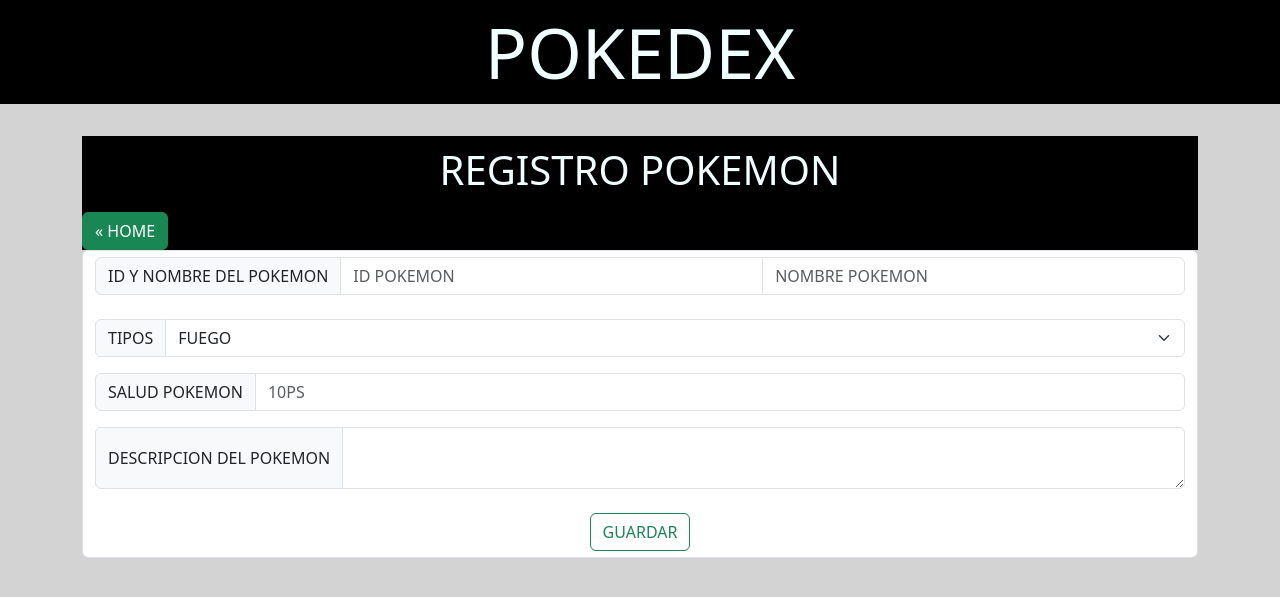
Repository: Edi521/Paginas-web-con-thymeleaf
Page: http://localhost/editar
An editor plug-in stored every save of this project. The page is shown before and after the next save, followed by the edit.
The browser window is 1280 px wide. The pictures show the whole page.
The page is this project's Thymeleaf template; nobody is signed in. The template is opened directly, without the code that normally fills it, so the values that code supplies are empty.

Above is the page before, as saved 2024-11-27 00:53:32.

### Pokedex/src/main/resources/templates/editar.html
<!DOCTYPE html>
<html lang="en">
<head>
    <meta charset="UTF-8">
    <meta name="viewport" content="width=device-width, initial-scale=1.0">
	<link href="https://cdn.jsdelivr.net/npm/bootstrap@5.3.3/dist/css/bootstrap.min.css" rel="stylesheet"
	 integrity="sha384-QWTKZyjpPEjISv5WaRU9OFeRpok6YctnYmDr5pNlyT2bRjXh0JMhjY6hW+ALEwIH" crossorigin="anonymous">
    <title>Pokedex</title>
</head>
<body style="background-color: lightgray;">

	<div style="background-color: black;">
		<h1 style="text-align: center; color: azure; font-size: 70px; padding: 10px;">POKEDEX</h1>
		<div style="text-align: center;">
		</div>
	</div>
	<br>
	<div class="container">

		<div  class="card-header" style="background-color: black;">
			<h2 style="text-align: center; color: azure; font-size: 40px; padding: 10px;">REGISTRO POKEMON</h2>
			<a type="button" class="btn btn-success" th:href="@{/}">  « HOME</a>
		</div>
		<div class="card-body">
			<div class="form-control">
				<form th:object="${pokemon}" method="post" th:action="@{/guardar}">

					<div class="input-group">
					  <span class="input-group-text">ID Y NOMBRE DEL POKEMON</span>
					  <input type="number" name="id" min="1" placeholder="ID POKEMON" class="form-control" th:field="*{idPokemon}" readonly>
					  <input type="text" name="nombre" placeholder="NOMBRE POKEMON"  class="form-control" th:field="*{nombre}" required>
					</div>

					<br>
					<div class="input-group mb-3">
					  <label class="input-group-text" for="inputGroupSelect01">TIPOS</label>
					  <select class="form-select" id="inputGroupSelect01" name="tipo" th:field="*{tipo}" required>
					    <option value="FUEGO">FUEGO</option>
					    <option value="AGUA">AGUA</option>
					    <option value="ELECTRICO">ELECTRICO</option>
					    <option value="BICHO">BICHO</option>
					  </select>
					</div>

					<div class="input-group mb-3">
					  <span class="input-group-text" id="basic-addon1">SALUD POKEMON</span>
					  <input type="number" class="form-control" placeholder="10PS" name="salud" th:field="*{salud}" required>
					</div>

					<div class="input-group">
					  <span class="input-group-text">DESCRIPCION DEL POKEMON</span>
					  <textarea class="form-control" name="descripcion" required th:field="*{descripcion}"></textarea>
					</div>
					<br>
					<div  class="card-footer" style="text-align: center;">
						<button class="btn btn-outline-success" type="submit" name="Guardar">GUARDAR</button>
					</div>

				</form>
			</div>

		</div>


	</div>



</body>
</html>

After the next save:
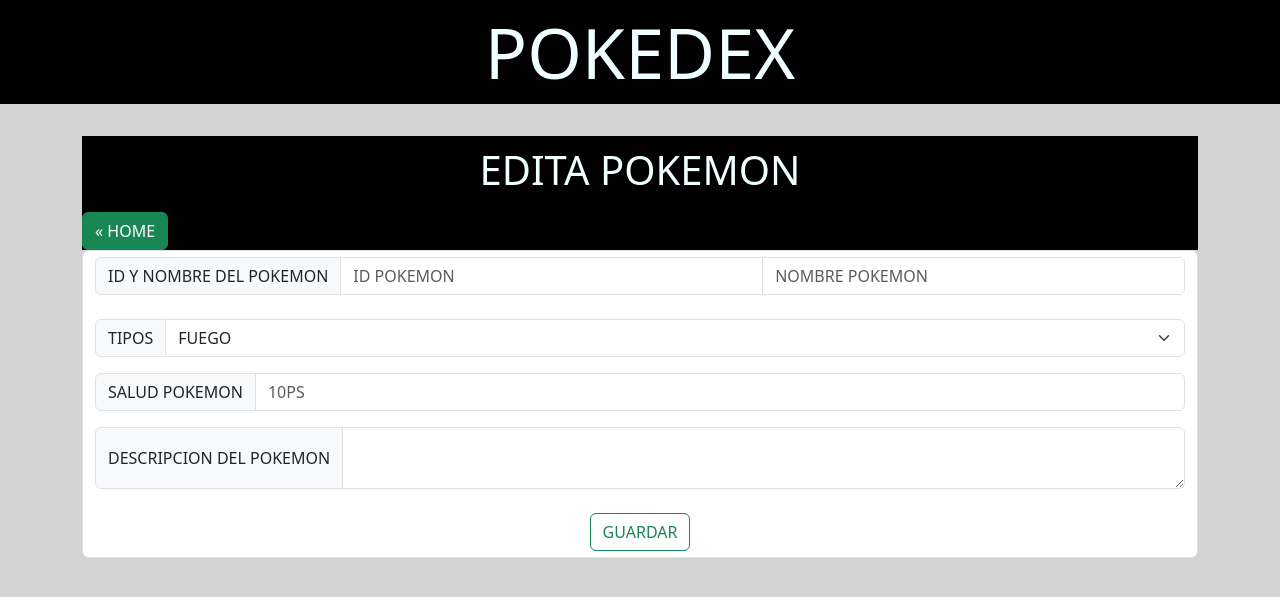
Saved 18 s later.
--- a/Pokedex/src/main/resources/templates/editar.html
+++ b/Pokedex/src/main/resources/templates/editar.html
@@ -18,7 +18,7 @@
 	<div class="container">
 
 		<div  class="card-header" style="background-color: black;">
-			<h2 style="text-align: center; color: azure; font-size: 40px; padding: 10px;">REGISTRO POKEMON</h2>
+			<h2 style="text-align: center; color: azure; font-size: 40px; padding: 10px;">EDITA POKEMON</h2>
 			<a type="button" class="btn btn-success" th:href="@{/}">  « HOME</a>
 		</div>
 		<div class="card-body">
